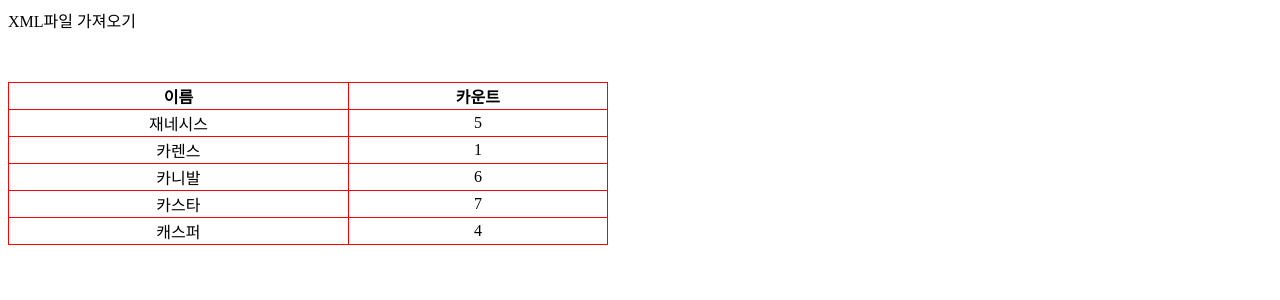
Repository: tjdwlsl/jspstudy
Page: http://localhost/JQuery_Ajax/02_ajax/ex05/ex05.jsp
The author's editor kept a copy of each file at every save. The page is drawn from the files as they stood at one save, then again after the next save.
The browser window is 1280 px wide. The pictures show the whole page.
After loading, the first visible `#btn` was clicked once.
The page is served by Tomcat 9.

Above is the page before, as saved 2023-07-21 03:02:18.

After the next save:
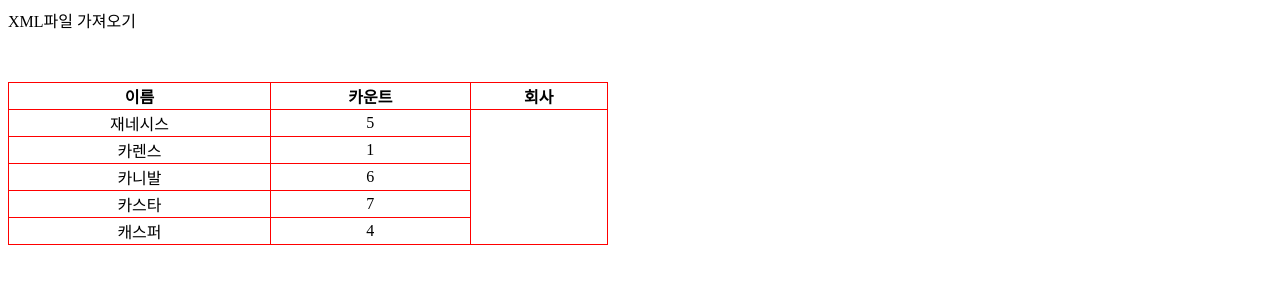
Saved 26 s later.
--- a/JQuery_Ajax/src/main/webapp/02_ajax/ex05/ex05.jsp
+++ b/JQuery_Ajax/src/main/webapp/02_ajax/ex05/ex05.jsp
@@ -25,12 +25,13 @@ $(document).ready(function(){
 			dataType : "xml",
 			success : function(data) {
 				var table = "<table>";
-				table += "<thead><tr><th>이름</th><th>카운트</th></tr></thead>";
+				table += "<thead><tr><th>이름</th><th>카운트</th><th>회사</th></tr></thead>";
 				table += "<tbody>";
 				//원하는 태그 검색
 				$(data).find("product").each(function() {
 					var name = $(this).attr("name");
 					var count = $(this).attr("count");
+					var company = $(this).text();
 					table += "<tr>";
 					table += "<td>"+ name +"</td><td>"+ count +"</td>";
 					table += "</tr>";
